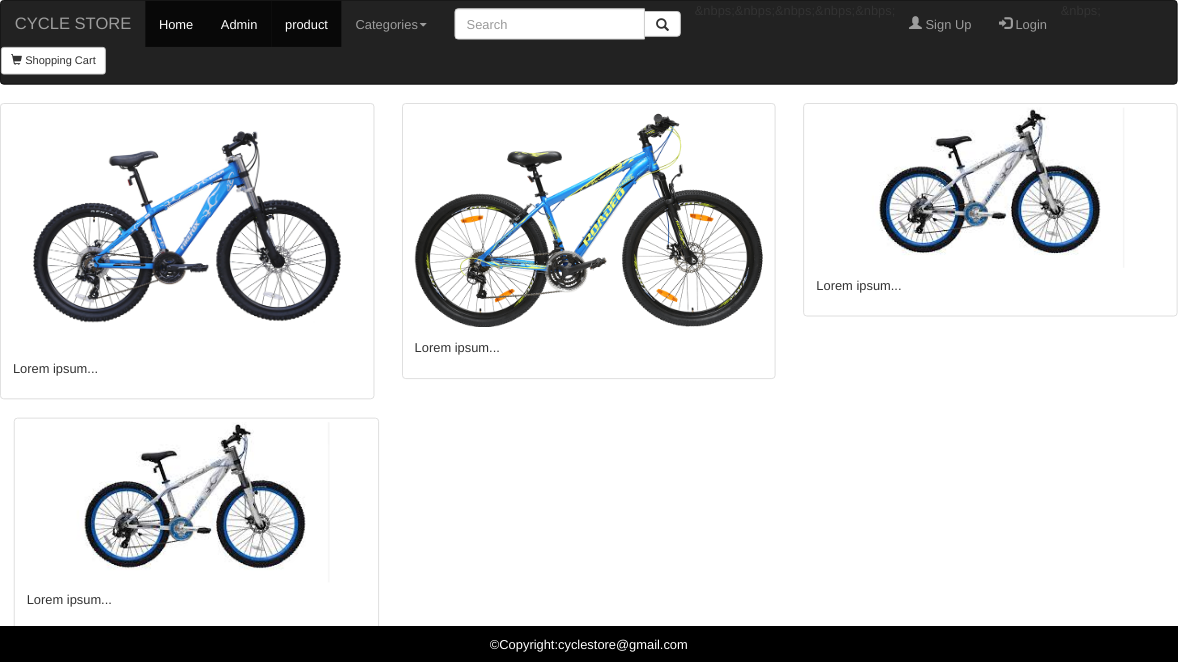
Repository: SumiyaSulaiman/project1
Page: http://localhost/cycle/baby.jsp
These files come from the project's save history. The page is drawn as it stood at one moment and after the next save; the edit follows.
The browser window is 1280 px wide. The page is 1295 px wide, so the pictures cover 1295 px, including what lies to the right of the window. The pictures show the whole page, at 92% of full size.
Some web libraries are served in a nearby version. The page is served by Tomcat 9. Nobody is signed in. The application's start-up code is not run. Other server files are loaded and not shown.

Above is the page before, as saved 2017-12-21 07:39:18.

### project/cycle/src/main/webapp/baby.jsp
<%@ page language="java" contentType="text/html; charset=ISO-8859-1"
    pageEncoding="ISO-8859-1"%>
<!DOCTYPE html PUBLIC "-//W3C//DTD HTML 4.01 Transitional//EN" "http://www.w3.org/TR/html4/loose.dtd">
<html>
<head>
<meta http-equiv="Content-Type" content="text/html; charset=ISO-8859-1">

</head>
<body>

<jsp:include page="header.jsp"></jsp:include>

<div class="row">
  <div class="col-md-4">
    <div class="thumbnail" style="width=50%;height=10%;">
      <a href="./resources/cycle10.jpg">
        <img src="./resources/cycle10.jpg" >
        <div class="caption">
          <p>Lorem ipsum...</p>
        </div>
      </a>
    </div>
  </div>
  <div class="col-md-4">
    <div class="thumbnail" style="width=50%;height=10%;">
      <a href="./resources/cycle6.jpg">
        <img src="./resources/1.jpg" >
        <div class="caption">
          <p>Lorem ipsum...</p>
        </div>
      </a>
    </div>
  </div>
  <div class="col-md-4">
    <div class="thumbnail" style="width=50%;height=10%;">
      <a href="./resources/cycle7.jpg">
        <img src="./resources/cycle7.jpg">
        <div class="caption">
          <p>Lorem ipsum...</p>
        </div>
      </a>
    </div>
  </div>
</div>
<div class="col-md-4">
    <div class="thumbnail"style="width=50%;height=10%;">
      <a href="./resources/cycle7.jpg">
        <img src="./resources/cycle7.jpg">
        <div class="caption">
          <p>Lorem ipsum...</p>
        </div>
      </a>
    </div>
  </div>



<jsp:include page="footer.jsp"></jsp:include>

</body>
</html>

### project/cycle/src/main/webapp/header.jsp
 <%@ page language="java" contentType="text/html; charset=ISO-8859-1"
    pageEncoding="ISO-8859-1"%>
<!DOCTYPE html PUBLIC "-//W3C//DTD HTML 4.01 Transitional//EN" "http://www.w3.org/TR/html4/loose.dtd">
<html>
<head>
<meta charset="utf-8">
  <meta http-equiv="X-UA-Compatible" content="IE=edge">
  <meta name="description" content="">
  <meta name="viewport" content="width=device-width, initial-scale=1">
  <link rel="stylesheet" href="https://maxcdn.bootstrapcdn.com/bootstrap/3.3.7/css/bootstrap.min.css">
  <script src="https://ajax.googleapis.com/ajax/libs/jquery/3.2.0/jquery.min.js"></script>
  <script src="https://maxcdn.bootstrapcdn.com/bootstrap/3.3.7/js/bootstrap.min.js"></script>

</head>
<body>

<nav class="navbar navbar-inverse" >

    <div class="navbar-header">
      <a class="navbar-brand" href="#">CYCLE STORE</a>
    </div>
    <ul class="nav navbar-nav">
      <li class="active"><a href="">Home</a></li>
      <li class="active"><a href="">Admin</a></li>
      <li class="active"><a href="">product</a></li>
      <li class="dropdown"><a class="dropdown-toggle" data-toggle="dropdown" href="Category">Categories<span class="caret"></span></a>
        <ul class="dropdown-menu">
          <li><a href="baby.jsp">baby</a> </li>
          <li><a href="women.jsp">women</a></li>
          <li><a href="men.jsp">men</a></li>
          <li>
          <%--  <c:forEach items="${clist }" var="c">
          <li><a href="#">${c.catName}</a></li>
          </c:forEach> --%>
        </ul>
      </li>


    <form class="navbar-form navbar-left">
      <div class="input-group">
        <input type="text" class="form-control" placeholder="Search">
        <div class="input-group-btn">
          <button class="btn btn-default" type="submit">
            <i class="glyphicon glyphicon-search"></i>
          </button>
        </div>
      </div>
    </form>


      <li>&nbps;&nbps;&nbps;&nbps;&nbps;</li>
      <li><a href="registration.jsp"><span class="glyphicon glyphicon-user"></span> Sign Up</a></li>
      <li> <a href="login.jsp"><span class="glyphicon glyphicon-log-in"></span> Login</a></li>
      <li>&nbps;</li>
    </ul>
       <p></p>
       <p>
        <button type="button" class="btn btn-default btn-sm">
          <span class="glyphicon glyphicon-shopping-cart"></span> Shopping Cart
        </button>
      </p>

</nav>

<style>
#ntext{
 color: #000000;
  }
</style>

</body>
</html>

### project/cycle/src/main/webapp/footer.jsp
<%@ page language="java" contentType="text/html; charset=ISO-8859-1"
    pageEncoding="ISO-8859-1"%>
<!DOCTYPE html PUBLIC "-//W3C//DTD HTML 4.01 Transitional//EN" "http://www.w3.org/TR/html4/loose.dtd">
<html>
<head>
<meta http-equiv="Content-Type" content="text/html; charset=ISO-8859-1">
<title>Insert title here</title>
</head>
<body>

<style>
.footer {
    position: fixed;
    left: 0;
    bottom: 0;
    width: 100%;
    background-color: black;
    color: white;
    text-align: center;
}
</style>

<div class="footer">
	<p></p>
  <p>©Copyright:cyclestore@gmail.com</p>
</div>

</body>
</html>

After the next save:
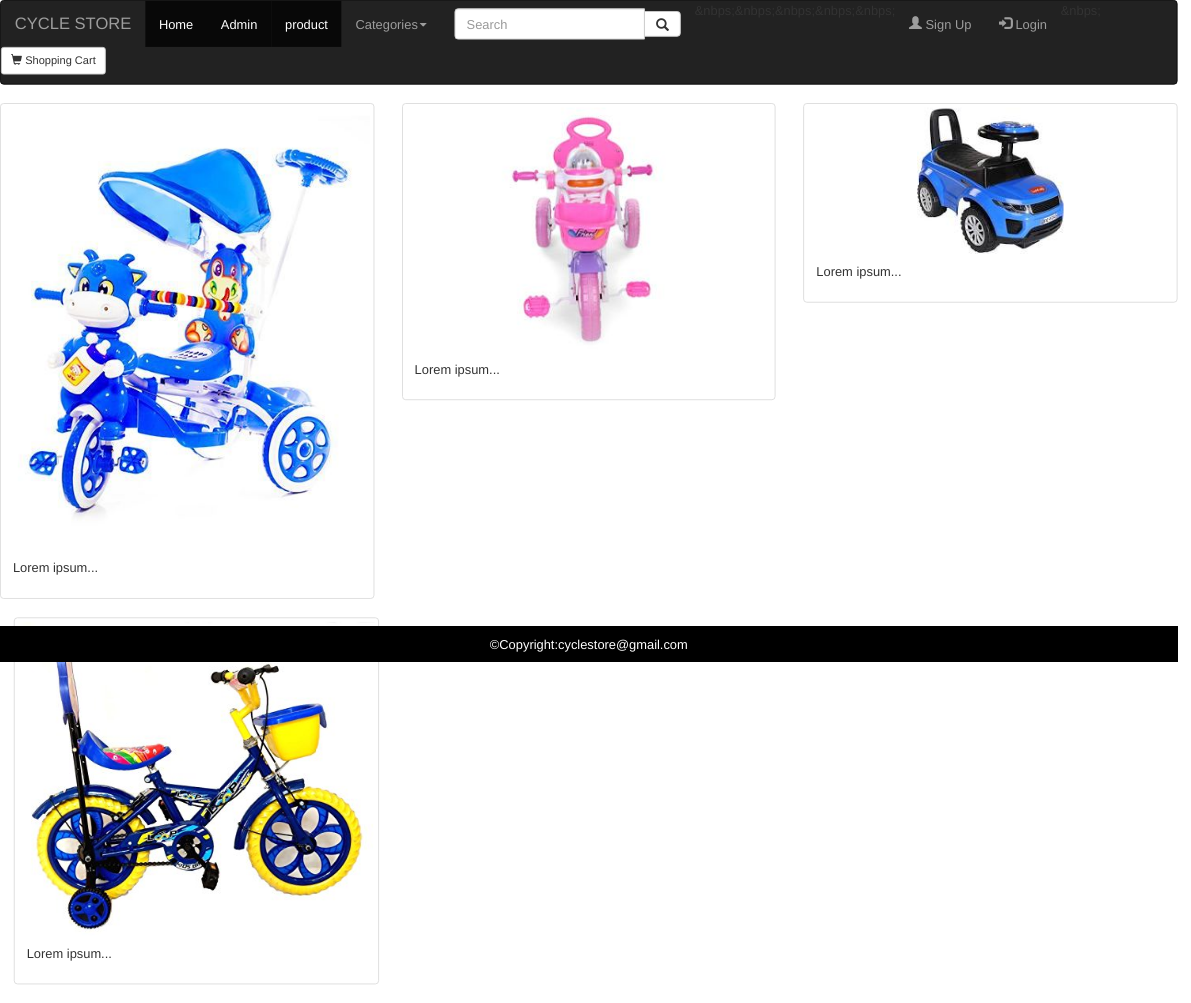
Saved 12 min 29 s later.
--- a/project/cycle/src/main/webapp/baby.jsp
+++ b/project/cycle/src/main/webapp/baby.jsp
@@ -13,8 +13,8 @@
 <div class="row">
   <div class="col-md-4">
     <div class="thumbnail" style="width=50%;height=10%;">
-      <a href="./resources/cycle10.jpg">
-        <img src="./resources/cycle10.jpg" >
+      <a href="./resources/baby1.jpg">
+        <img src="./resources/baby1.jpg" >
         <div class="caption">
           <p>Lorem ipsum...</p>
         </div>
@@ -23,8 +23,8 @@
   </div>
   <div class="col-md-4">
     <div class="thumbnail" style="width=50%;height=10%;">
-      <a href="./resources/cycle6.jpg">
-        <img src="./resources/1.jpg" >
+      <a href="./resources/baby2.jpg">
+        <img src="./resources/baby2.jpg" >
         <div class="caption">
           <p>Lorem ipsum...</p>
         </div>
@@ -33,8 +33,8 @@
   </div>
   <div class="col-md-4">
     <div class="thumbnail" style="width=50%;height=10%;">
-      <a href="./resources/cycle7.jpg">
-        <img src="./resources/cycle7.jpg">
+      <a href="./resources/baby3.jpg">
+        <img src="./resources/baby3.jpg">
         <div class="caption">
           <p>Lorem ipsum...</p>
         </div>
@@ -44,8 +44,8 @@
 </div>
 <div class="col-md-4">
     <div class="thumbnail"style="width=50%;height=10%;">
-      <a href="./resources/cycle7.jpg">
-        <img src="./resources/cycle7.jpg">
+      <a href="./resources/baby4.jpg">
+        <img src="./resources/baby4.jpg">
         <div class="caption">
           <p>Lorem ipsum...</p>
         </div>
